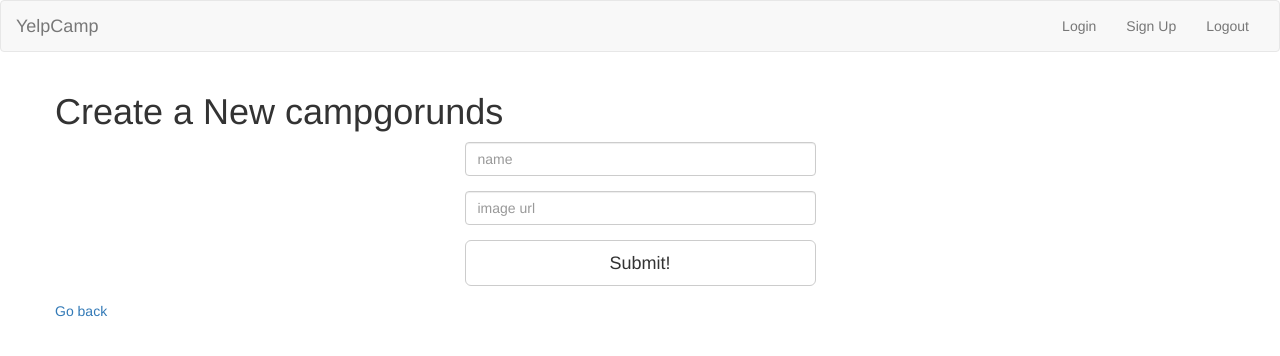
Repository: gtxDaniel/Web-development
Page: http://localhost/campgrounds/new
The author's editor kept a record of every edit. The page is drawn from the files as they stood at one moment, then again after the next edit.
The browser window is 1280 px wide. The pictures show the whole page.
The page is served by the project's Node server (YelpCamp/v1/app.js).

Above is the page before.

### web-development/workspace/YelpCamp/v1/views/new.ejs
<% include partials/header %>
<div class = "container">
    <div class = 'row'>
        <h1>Create a New campgorunds</h1>
        <div style = 'width: 30%; margin: 0 auto'>
            <form action = '/campgrounds' method = "POST">
                <div class = 'form-group'>
                     <input class ="form-control" type = 'text' name = 'name' placeholder = 'name'>
                </div>

               <div class ='form-group'>
                   <input class ="form-control" type = 'text' name = 'image' placeholder = 'image url'>
               </div>

               <div class='form-group'>
                   <button class = 'btn btn-lg btn-default btn-block'>Submit!</button>
               </div>

            </form>
        </div>

        <a href = '/campgrounds'>Go back</a>
    </div>
</div>
<% include partials/footer %>

### web-development/workspace/YelpCamp/v1/views/partials/header.ejs
<!DOCTYPE html>
<html>
    <head>
        <title>YelpCamp</title>
        <link rel="stylesheet" href="https://maxcdn.bootstrapcdn.com/bootstrap/3.3.7/css/bootstrap.min.css" integrity="sha384-BVYiiSIFeK1dGmJRAkycuHAHRg32OmUcww7on3RYdg4Va+PmSTsz/K68vbdEjh4u" crossorigin="anonymous">
    </head>
    <body>
        <nav class='navbar navbar-default'>
            <div class = 'container-fluid'>
                <div class = 'navbar-header'>
                    <a class='navbar-brand' href='/'>YelpCamp</a>
                </div>
                <div class="collapse navbar-collapse">
                    <ul class= 'nav navbar-nav navbar-right'>
                        <li><a href = "/">Login</a></li>
                        <li><a href = "/">Sign Up</a></li>
                        <li><a href = "/">Logout</a></li>
                    </ul>
                </div>
            </div>
        </nav>

### web-development/workspace/YelpCamp/v1/app.js
var express = require("express");
var app = express();
var bodyParser = require('body-parser');

app.use(bodyParser.urlencoded({extended: true}));
app.set('view engine', 'ejs');

var campgrounds = [
        {name: 'First', image: 'https://farm9.staticflickr.com/8442/7962474612_bf2baf67c0.jpg'},
        {name: 'Second', image: "https://ak4.picdn.net/shutterstock/videos/20733094/thumb/1.jpg"},
        {name: 'Third', image: "https://thefinanser.com/wp-content/uploads/2019/03/Camp.jpg"},
        {name: 'First', image: 'https://farm9.staticflickr.com/8442/7962474612_bf2baf67c0.jpg'},
        {name: 'Second', image: "https://ak4.picdn.net/shutterstock/videos/20733094/thumb/1.jpg"},
        {name: 'Third', image: "https://thefinanser.com/wp-content/uploads/2019/03/Camp.jpg"}
    ]

app.get('/', function(req, res){
    res.render('landing');
})

app.get('/campgrounds', function(req, res){

        res.render('campgrounds', {campgrounds: campgrounds});
})

app.get('/campgrounds/new', function(req, res) {
    res.render('new.ejs');
})

app.post('/campgrounds', function(req, res){
    // get data from form and add to campgorunds array
    // redircet
    var name = req.body.name;
    var image = req.body.image;
    var newCampground = {name: name, image: image};
    campgrounds.push(newCampground);
    res.redirect('/campgrounds');

})


app.listen(process.env.PORT, process.env.IP, function(){
    console.log("started");
})

Loaded but not shown: web-development/workspace/YelpCamp/v1/views/partials/footer.ejs (common file)

After the next edit:
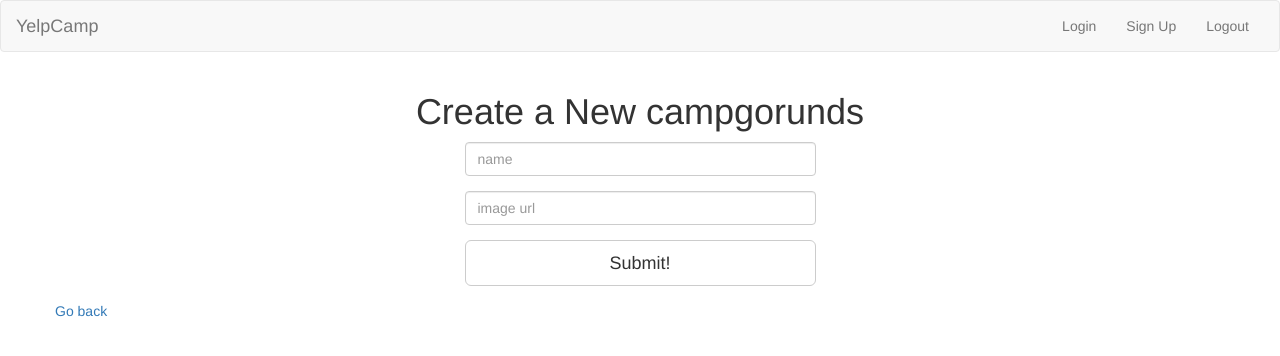
The edit:
--- a/web-development/workspace/YelpCamp/v1/views/new.ejs
+++ b/web-development/workspace/YelpCamp/v1/views/new.ejs
@@ -1,7 +1,7 @@
 <% include partials/header %>
 <div class = "container">
     <div class = 'row'>
-        <h1>Create a New campgorunds</h1>
+        <h1 style = 'text-align:center'>Create a New campgorunds</h1>
         <div style = 'width: 30%; margin: 0 auto'>
             <form action = '/campgrounds' method = "POST">
                 <div class = 'form-group'>
